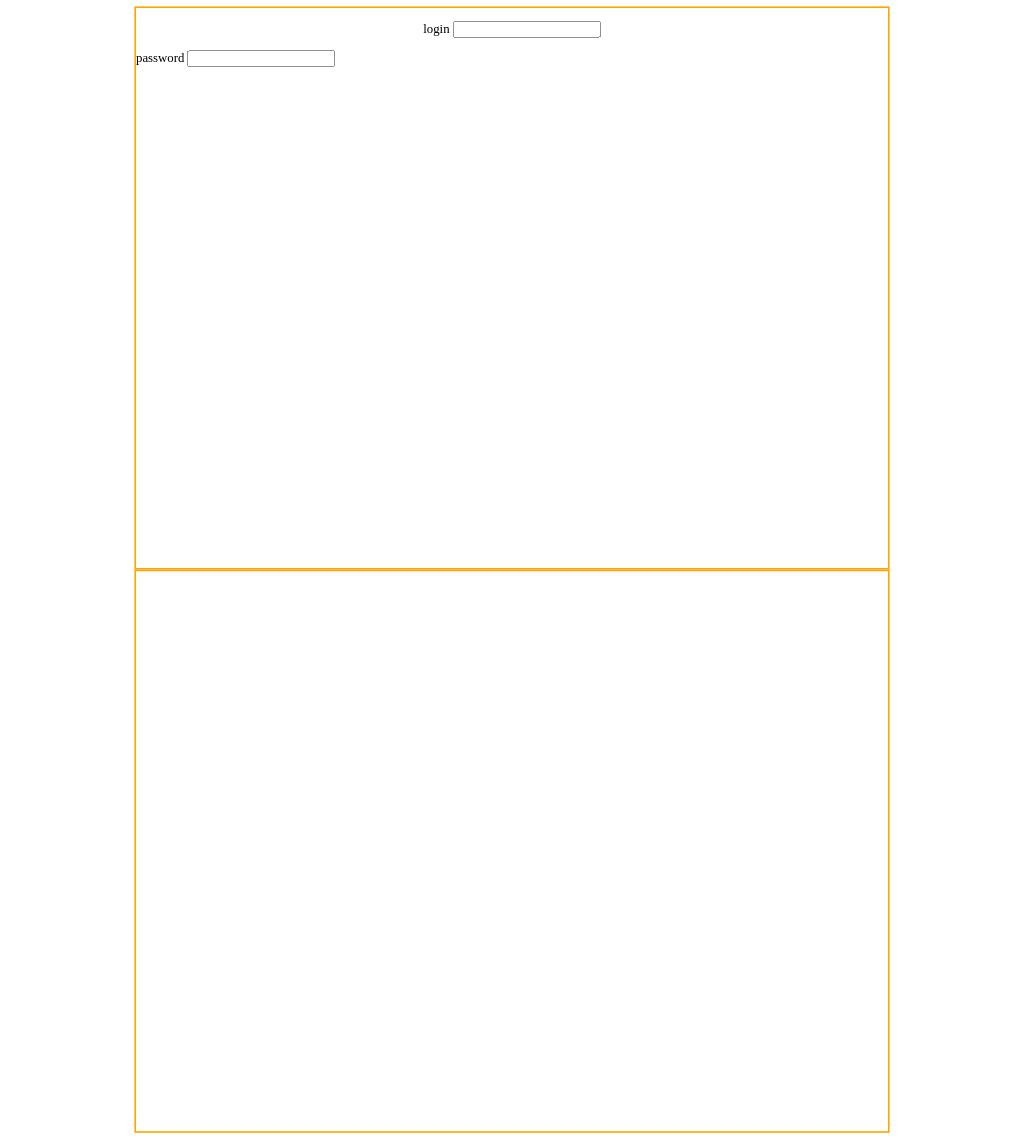
Repository: AndreyMykulych/javascript
Page: 11/index.html
An editor plug-in stored every save of this project. The page is shown before and after the next save, followed by the edit.
The browser window is 1280 px wide. The pictures show the whole page, at 80% of full size.

Above is the page before, as saved 2023-04-27 22:13:49.

After the next save:
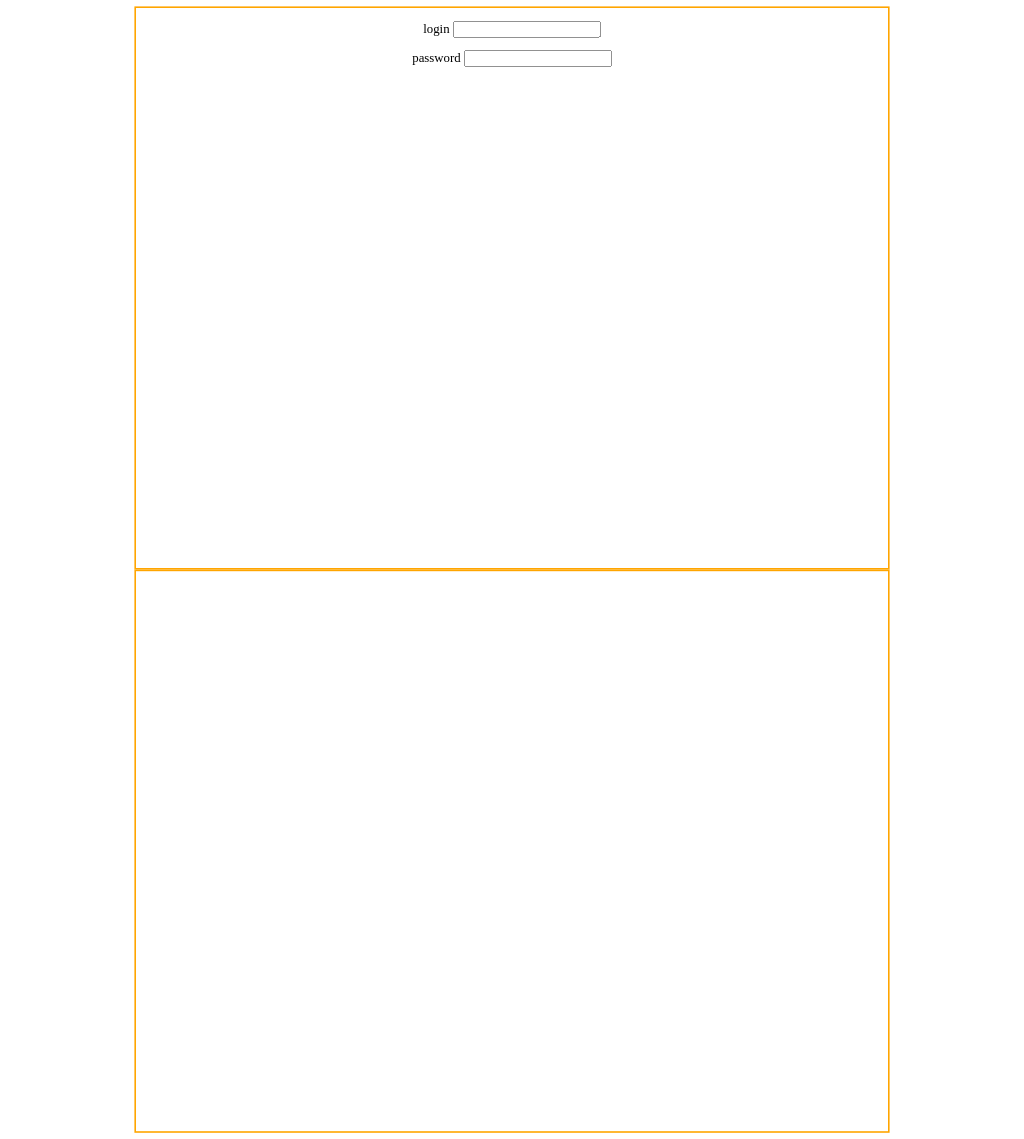
Saved 17 s later.
--- a/11/index.html
+++ b/11/index.html
@@ -14,7 +14,7 @@
         margin: 0 auto;
         border: 2px solid orange;
     }
-    .loginPar{
+    .passPar,.loginPar{
         text-align: center;
     }
 </style>
